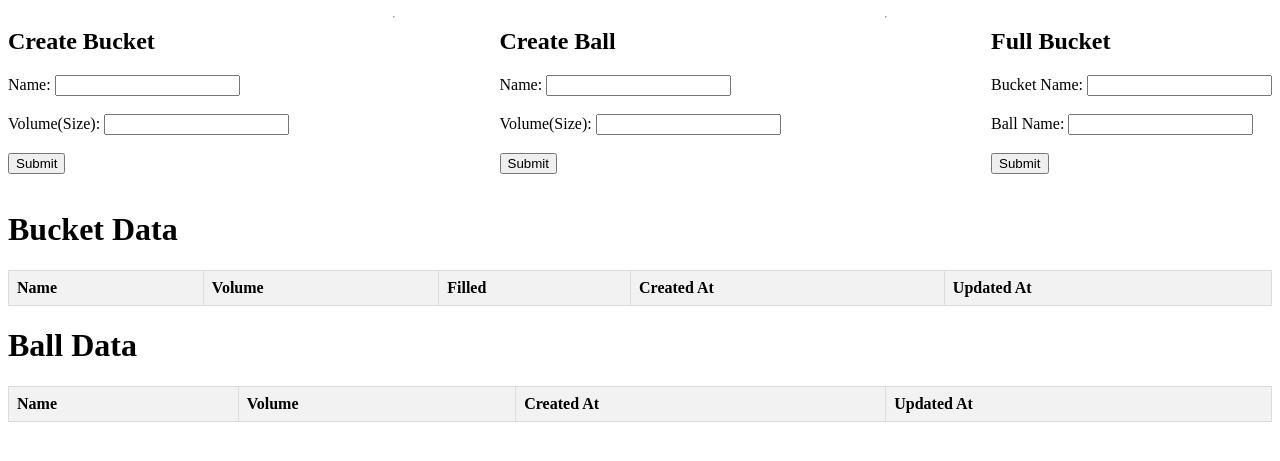
Repository: RajatPalankar8/nodejs_bucket_ball_task_new
Page: http://localhost/
An editor plug-in stored every save of this project. The page is shown before and after the next save, followed by the edit.
The browser window is 1280 px wide. The pictures show the whole page.
The page is served by the project's Node server (index.js). Queries for data that is not in the repository find no rows.

Above is the page before, as saved 2023-07-28 11:14:45.

After the next save:
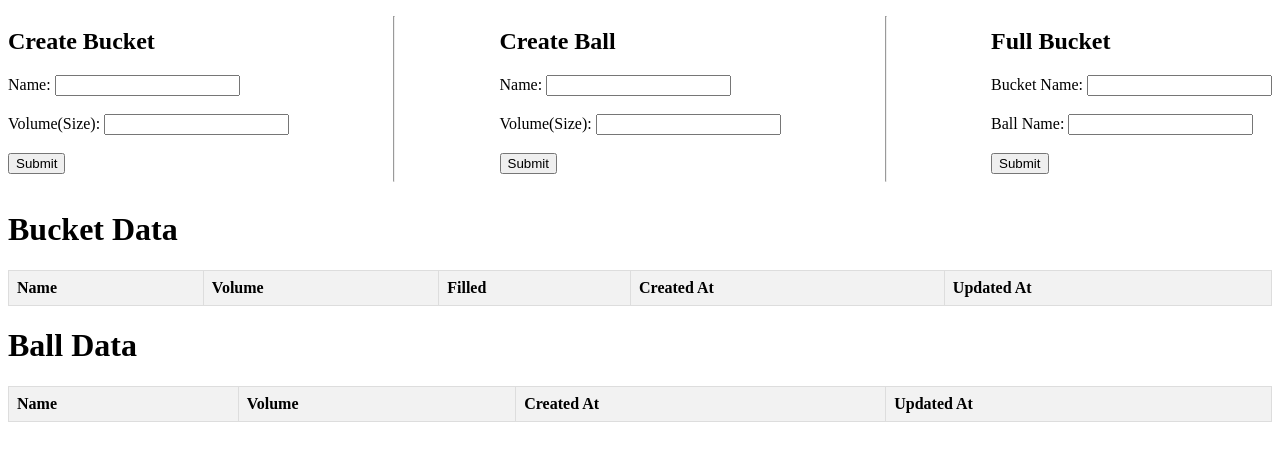
Saved 14 s later.
--- a/views/index.ejs
+++ b/views/index.ejs
@@ -23,7 +23,7 @@
 </head>
 
 <body>
-  <div style="display: flex; align-items: flex-start;">
+  <div style="display: flex;">
 
 
     <form id="form1">
